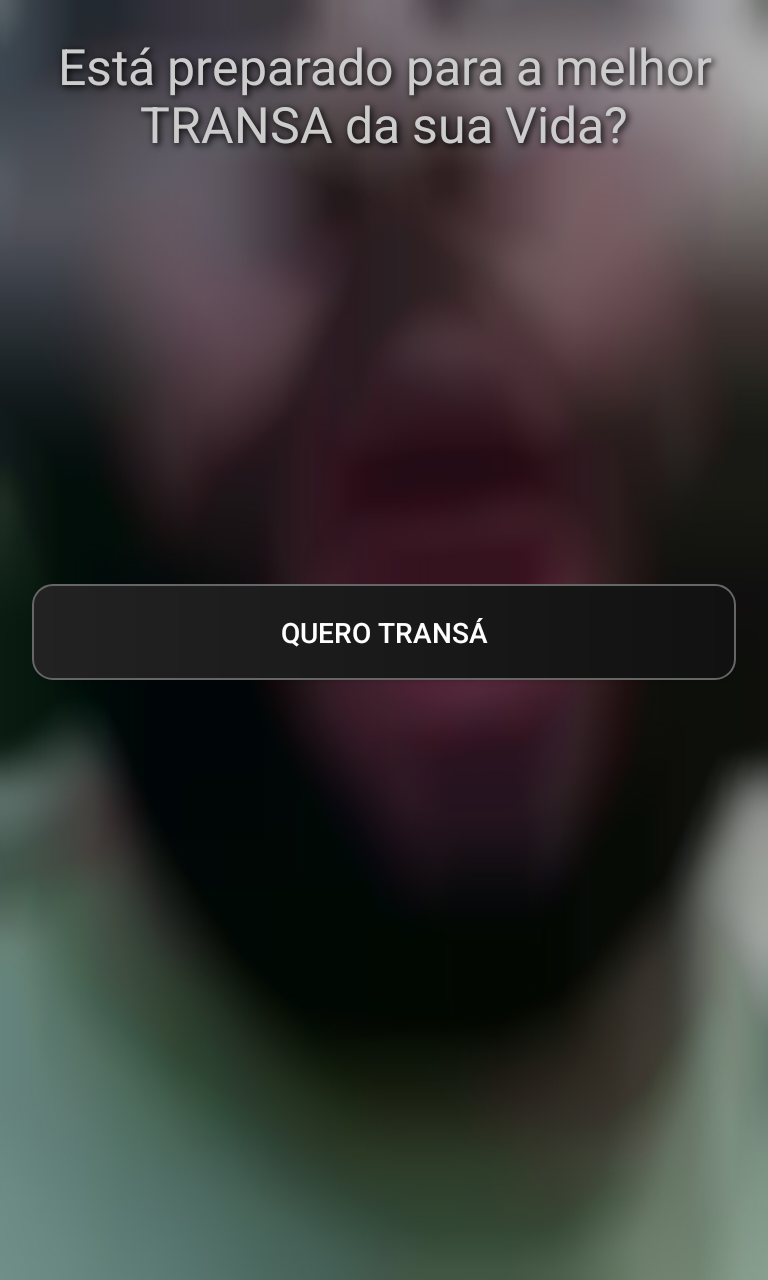
Repository: Cookahn/bioca_sounds
Layout: ChicoBiocaApp/res/layout/activity_main.xml
The author's editor kept a copy of each file at every save. The layout is drawn from the files as they stood at one save, then again after the next save.
It is drawn on a 768 x 1280 px phone screen (xhdpi) without system bars, with theme AppTheme; the app's code is not run.

Above is the layout before, as saved 2014-08-12 13:19:40.

### ChicoBiocaApp/res/layout/activity_main.xml
<LinearLayout xmlns:android="http://schemas.android.com/apk/res/android"
    xmlns:tools="http://schemas.android.com/tools"
    android:layout_width="match_parent"
    android:layout_height="match_parent"
    android:background="@drawable/backgroundtofuck"
    android:orientation="vertical"
    android:paddingBottom="@dimen/activity_vertical_margin"
    android:paddingLeft="@dimen/activity_horizontal_margin"
    android:paddingRight="@dimen/activity_horizontal_margin"
    android:paddingTop="@dimen/activity_vertical_margin"
    tools:context="com.example.chicobiocaapp.MainActivity$PlaceholderFragment" >

    <TextView
        android:layout_width="wrap_content"
        android:layout_height="wrap_content"
        android:gravity="center_horizontal"
        android:text="@string/are_you_ready"
        android:textColor="#ccc"
        android:shadowColor="#000"
        android:shadowDx="2"
        android:shadowDy="2"
        android:shadowRadius="6"
        android:textSize="25sp" />

    <LinearLayout
        android:layout_width="match_parent"
        android:layout_height="match_parent"
        android:gravity="center_vertical"
        android:orientation="vertical" >

        <Button
            android:id="@+id/i_want_to_fuck"
            android:layout_width="match_parent"
            android:layout_height="wrap_content"
            android:layout_gravity="center"
            android:layout_marginBottom="70dp"
            android:background="@drawable/button_to_fuck"
            android:text="@string/i_want_to_fuck"
            android:textColor="#fff" />
    </LinearLayout>

</LinearLayout>

### ChicoBiocaApp/res/values/strings.xml
<?xml version="1.0" encoding="utf-8"?>
<resources>

    <string name="app_name">Chico Bioca Remix</string>
    <string name="are_you_ready">Está preparado para a melhor TRANSA da sua Vida?</string>
    <string name="action_settings">Settings</string>
    <string name="i_want_to_fuck">Quero Transá</string>

</resources>

### ChicoBiocaApp/res/drawable-mdpi/button_to_fuck.xml
<?xml version="1.0" encoding="utf-8"?>
<shape xmlns:android="http://schemas.android.com/apk/res/android"
    android:padding="10dp"
    android:shape="rectangle" >

    <gradient android:startColor="#222" android:endColor="#111"/>
	<stroke android:width="1dp" android:color="#666" />
    <corners
        android:bottomLeftRadius="10dp"
        android:bottomRightRadius="10dp"
        android:topLeftRadius="10dp"
        android:topRightRadius="10dp" />

</shape>

Loaded but not shown: ChicoBiocaApp/res/values/styles.xml (common file); ChicoBiocaApp/res/values-v11/styles.xml (common file); ChicoBiocaApp/res/values-v14/styles.xml (common file); ChicoBiocaApp/res/values/dimens.xml (common file); ChicoBiocaApp/res/values-w820dp/dimens.xml (common file)

After the next save:
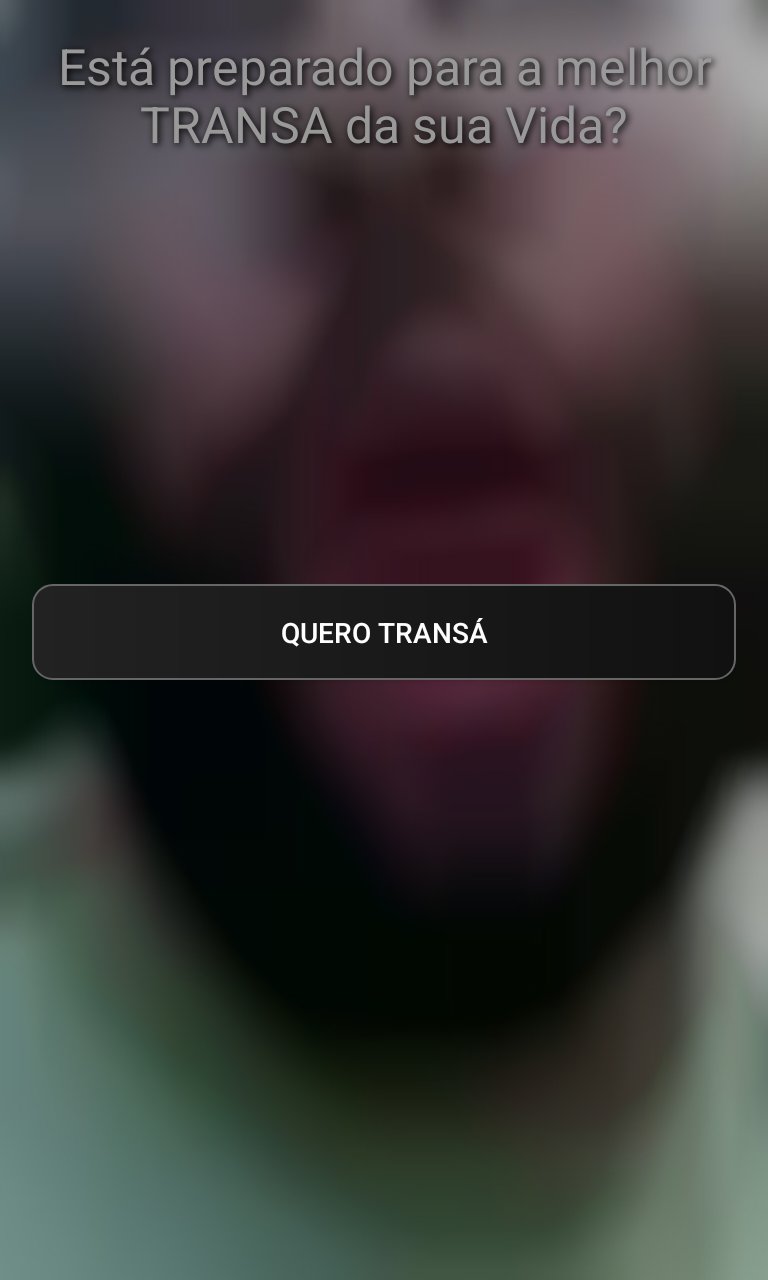
Saved 2 min 7 s later.
--- a/ChicoBiocaApp/res/layout/activity_main.xml
+++ b/ChicoBiocaApp/res/layout/activity_main.xml
@@ -15,7 +15,7 @@
         android:layout_height="wrap_content"
         android:gravity="center_horizontal"
         android:text="@string/are_you_ready"
-        android:textColor="#ccc"
+        android:textColor="#999"
         android:shadowColor="#000"
         android:shadowDx="2"
         android:shadowDy="2"
